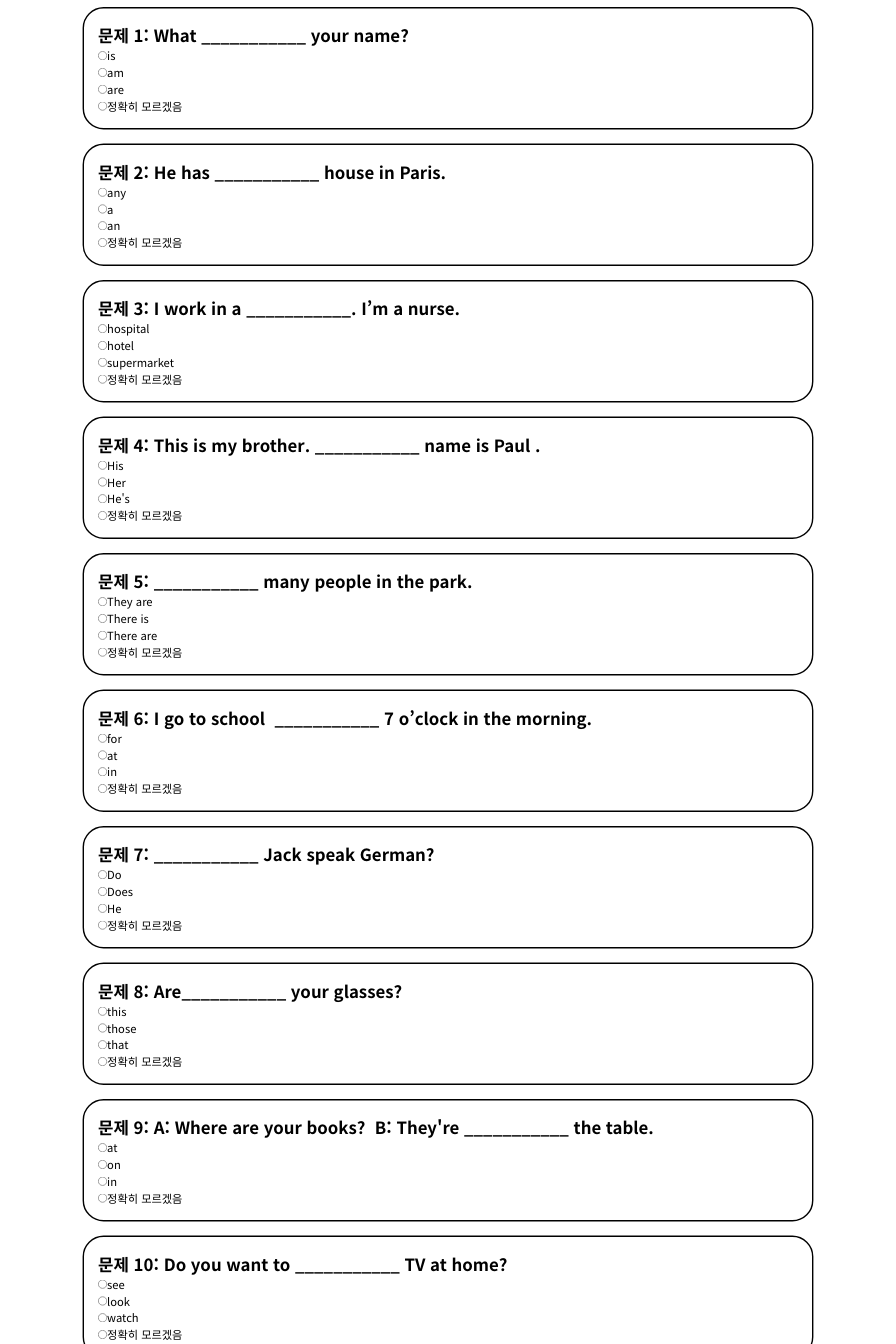
Repository: kmdy7991/Project-TeddyBear
Page: /cefrtest (app in project/)
These files come from the project's save history. The page is drawn as it stood at one moment and after the next save; the edit follows.
The browser window is 1280 px wide. The pictures show the part of the page from y = 0 to 1920 px (the page is 11254 px tall before and 11954 px after), at 70% of full size.
Some web libraries are served in a nearby version. The project was rebuilt for these pictures with package versions that can differ from the ones it lists, and the page was loaded fresh each time. Also part of the build but not shown: project/src/pages/Login/Login.tsx, project/src/pages/Login/TestGuide.module.css, project/src/pages/Login/TestGuide.tsx, project/src/pages/Login/profil.module.css, project/src/pages/Login/Profil.tsx, project/src/pages/Login/CefrScore.tsx, project/src/components/Nav/Nav.module.css, project/src/components/Nav/Nav.tsx and 37 more.

Above is the page before, as saved 2024-03-25 06:42:31.

### project/public/index.html
<!DOCTYPE html>
<html lang="ko">
  <head>
    <meta charset="utf-8" />
    <link rel="icon" href="%PUBLIC_URL%/favicon.ico" />
    <meta name="viewport" content="width=device-width, initial-scale=1" />
    <style>
      * {
        margin: 0;
        padding: 0;
        font-family: Poppins, "Noto Sans KR", sans-serif;
      }
    </style>
    <link rel="preconnect" href="https://fonts.googleapis.com" />
    <link rel="preconnect" href="https://fonts.gstatic.com" crossorigin />
    <link
      href="https://fonts.googleapis.com/css2?family=Noto+Sans+KR:wght@400;700&display=swap"
      rel="stylesheet"
    />
    <link
      rel="stylesheet"
      type="text/css"
      charset="UTF-8"
      href="https://cdnjs.cloudflare.com/ajax/libs/slick-carousel/1.6.0/slick.min.css"
    />
    <link
      rel="stylesheet"
      type="text/css"
      href="https://cdnjs.cloudflare.com/ajax/libs/slick-carousel/1.6.0/slick-theme.min.css"
    />
    <title>React App</title>
  </head>
  <body>
    <div id="root"></div>
  </body>
</html>

### project/src/index.tsx
import React from "react";
import ReactDOM from "react-dom/client";
import "./index.css";
import App from "./App";

const root = ReactDOM.createRoot(
  document.getElementById("root") as HTMLElement
);
root.render(
  // <React.StrictMode>
  <App />
  // </React.StrictMode>
);

### project/src/App.tsx
import styles from "./App.module.css";
import { QueryClient, QueryClientProvider } from "react-query";
import { ReactQueryDevtools } from "react-query/devtools";
import { BrowserRouter, Routes, Route } from "react-router-dom";
import Login from "./pages/Login/Login";
import Testguide from "./pages/Login/TestGuide";
import Profil from "./pages/Login/Profil";
import CefrTest from "./pages/Login/CefrTest";
import CefrScore from "./pages/Login/CefrScore";
import Main from "./pages/Main/Main";
import MyLecture from "./pages/MyPage/MyLecture/MyLecture";
import Statistics from "./pages/MyPage/Statstics/Statstics";
import MyNote from "./pages/MyPage/MyNote/MyNote";
import Search from "./pages/Search/Search";
import Test from "./pages/Test/Test";
import VocabularyList from "./pages/VocabularyList/VocabularyList";
import MyVocabulary from "./pages/VocabularyList/MyVocabulary";
import ClassVocabulary from "./pages/VocabularyList/ClassVocabulary";
import VideoDetail from "./pages/Video/VideoDetail";
import Nav from "./components/Nav/Nav";
import LandingPage from "./pages/Landing/LandingPage";
function App() {
  const queryClient = new QueryClient();
  return (
    <QueryClientProvider client={queryClient}>
      <BrowserRouter>
        <div className={styles.App}>
          {/* <Nav className={styles.Nav} /> */}
          <Routes>
            <Route path="/login" element={<Login />} />
            <Route path='/testguide' element={<Testguide/>} />
            <Route path="/profil" element={<Profil/>}/>
            <Route path="/cefrtest" element={<CefrTest/>}/>
            <Route path="/cefrscore" element={<CefrScore/>}/>
            <Route path="/" element={<Main />} />
            <Route path="mypage" element={<Statistics />}>
              <Route path="myLecture" element={<MyLecture />} />
              <Route path="myNote" element={<MyNote />} />
            </Route>
            <Route path="search" element={<Search />} />
            <Route path="test" element={<Test />} />
            <Route path="vocalist" element={<VocabularyList />}>
              <Route path="myvoca" element={<MyVocabulary />} />
              <Route path="classvoca" element={<ClassVocabulary />} />
            </Route>
            <Route path="videoDetail" element={<VideoDetail />} />
            <Route path="landing" element={<LandingPage />} />
          </Routes>
        </div>
      </BrowserRouter>
    </QueryClientProvider>
  );
}

export default App;

### project/src/App.module.css
.App {
  /* display: flex; */
  height: 100vh;
}

.Nav {
  /* position: fixed; */
  top: 1rem;
  height: 10%;
}

### project/src/pages/Login/CefrTest.tsx
import React, { useState, useEffect } from 'react';
import { useNavigate } from 'react-router-dom';
import styles from './CefrTest.module.css'


// 문제와 답변 타입 정의
type Question = {
  id: number;
  question: string;
  options: string[];
  answer: number | null; // 정답의 인덱스 , answer 필드를 선택적으로 만들고, number 또는 null을 허용
  score: number; // 이 문제의 점수
};

// 퀴즈 데이터 예시
const questions: Question[] = [

  {
    id: 1,
    question: "What ___________ your name?",
    options: ["is", "am", "are", "정확히 모르겠음"],
    answer: 0,
    score: 1,
  },
  {
    id: 2,
    question: "He has ___________ house in Paris.",
    options: ["any", "a", "an", "정확히 모르겠음"],
    answer: 1,
    score: 1,
  },
  {
    id: 3,
    question: "I work in a ___________. I’m a nurse.",
    options: ["hospital", "hotel", "supermarket", "정확히 모르겠음"],
    answer: 0,
    score: 1,
  },
  {
    id: 4,
    question: "This is my brother. ___________ name is Paul .",
    options: ["His", "Her", "He's", "정확히 모르겠음"],
    answer: 0,
    score: 1,
  },
  {
    id: 5,
    question: "___________ many people in the park.",
    options: ["They are", "There is", "There are", "정확히 모르겠음"],
    answer: 2,
    score: 1,
  },
  {
    id: 6,
    question: "I go to school  ___________ 7 o’clock in the morning.",
    options: ["for", "at", "in", "정확히 모르겠음"],
    answer: 1,
    score: 1,
  },
  {
    id: 7,
    question: "___________ Jack speak German?",
    options: ["Do", "Does", "He", "정확히 모르겠음"],
    answer: 1,
    score: 1,
  },
  {
    id: 8,
    question: "Are___________ your glasses?",
    options: ["this", "those", "that", "정확히 모르겠음"],
    answer: 1,
    score: 1,
  },
  {
    id: 9,
    question: "A: Where are your books?  B: They're ___________ the table.",
    options: ["at", "on", "in", "정확히 모르겠음"],
    answer: 1,
    score: 1,
  },
  {
    id: 10,
    question: "Do you want to ___________ TV at home?",
    options: ["see", "look", "watch", "정확히 모르겠음"],
    answer: 2,
    score: 1,
  },
  {
    id: 11,
    question: "I'd like to buy ___________ oranges for my mother.",
    options: ["some", "any", "a", "정확히 모르겠음"],
    answer: 0,
    score: 1,
  },
  {
    id: 12,
    question: "___________ ever seen a rainbow in your life?",
    options: ["Did you", "Are you", "Have you", "정확히 모르겠음"],
    answer: 2,
    score: 1,
  },
  {
    id: 13,
    question: "If you ___________ a book from a friend, you should return it as soon as possible.",
    options: ["borrow", "earn", "spend", "lend", "정확히 모르겠음"],
    answer: 0,
    score: 1,
  },
  {
    id: 14,
    question: "Taking care of a pet is as difficult ___________ taking care of a baby.",
    options: ["like", "so", "than", "as", "정확히 모르겠음"],
    answer: 3,
    score: 1,
  },
  {
    id: 15,
    question: "Helen isn't home. She ___________ an hour ago to see her friends.",
    options: ["went out", "had gone out", "has gone out", "has been out", "정확히 모르겠음"],
    answer: 0,
    score: 1,
  },
  {
    id: 16,
    question: "When I was a child, I ___________ play basketball with my dad in our backyard.",
    options: ["will", "used to", "have", "does", "정확히 모르겠음"],
    answer: 1,
    score: 1,
  },
  {
    id: 17,
    question: "Have you finished ___________ the laundry yet?",
    options: ["to do", "does", "doing", "being", "정확히 모르겠음"],
    answer: 2,
    score: 1,
  },
  {
    id: 18,
    question: "This is terrible. I've looked ___________, but I can't find my purse.",
    options: ["nowhere", "anywhere", "everywhere", "somewhere", "정확히 모르겠음"],
    answer: 2,
    score: 1,
  },
  {
    id: 19,
    question: "I ___________ in front of a bank when a man in a fancy suit got out of a black car.",
    options: ["stood", "was standing", "have stood", "am standing", "정확히 모르겠음"],
    answer: 1,
    score: 1,
  },
  {
    id: 20,
    question: "I've ___________ finished painting the door. It looks awesome!",
    options: ["still", "yet", "just", "only", "정확히 모르겠음"],
    answer: 2,
    score: 1,
  },
  {
    id: 21,
    question: "My supervisor encouraged me ___________ a plan for the new program.",
    options: ["set up", "setting up", "have set up", "to set up", "정확히 모르겠음"],
    answer: 3,
    score: 1,
  },
  {
    id: 22,
    question: "John ___________ living in this neighborhood since he was a school boy.",
    options: ["is", "was", "has been", "is being", "정확히 모르겠음"],
    answer: 2,
    score: 1,
  },
  {
    id: 23,
    question: "I was wondering ___________ I could borrow your pen.",
    options: ["what", "if", "that", "how", "정확히 모르겠음"],
    answer: 1,
    score: 1,
  },
  {
    id: 24,
    question: "I wish I had someone to look ___________.",
    options: ["up to", "with", "upon", "down", "정확히 모르겠음"],
    answer: 0,
    score: 1,
  },
  {
    id: 25,
    question: "That beautiful sunset ___________ me of my honeymoon in Hawaii.",
    options: ["remembers", "realizes", "recognizes", "reminds", "정확히 모르겠음"],
    answer: 3,
    score: 1,
  },
  {
    id: 26,
    question: "A: How about drinking beer tonight after work?  B: There's no ___________ I'm drinking again tonight.",
    options: ["hope", "way", "time", "opportunity", "정확히 모르겠음"],
    answer: 1,
    score: 1,
  },
  {
    id: 27,
    question: "They were surprised that the boy was kidnapped in ___________ daylight.",
    options: ["wide", "broad", "large", "open", "정확히 모르겠음"],
    answer: 1,
    score: 1,
  },
  {
    id: 28,
    question: "He turned ___________to be considerably older than I had imagined.",
    options: ["over", "up", "out", "round", "정확히 모르겠음"],
    answer: 2,
    score: 1,
  },
  {
    id: 29,
    question: "The windows in this house are in urgent ___________of replacement.",
    options: ["need", "help", "want", "demand", "정확히 모르겠음"],
    answer: 0,
    score: 1,
  },
  {
    id: 30,
    question: "Surveillance cameras ___________ proven to lower crime rates.",
    options: ["have to be", "were being", "have been", "are being", "정확히 모르겠음"],
    answer: 2,
    score: 1,
  },
  {
    id: 31,
    question: "Life is a ___________ deal easier for those who have many friends to rely on.",
    options: ["far", "huge", "big", "great", "정확히 모르겠음"],
    answer: 0,
    score: 1,
  },
  {
    id: 32,
    question: "This renovation project ___________ turning this house into a more comfortable place to live in.",
    options: ["contains", "designates", "involves", "consists", "정확히 모르겠음"],
    answer: 2,
    score: 1,
  },
  {
    id: 33,
    question: "They may not arrive in time for the ceremony. They’re ___________ in a traffic jam.",
    options: ["buried", "stuck", "blocked", "surrounded", "정확히 모르겠음"],
    answer: 1,
    score: 1,
  },
  {
    id: 34,
    question: "Rock music has been a major influence ___________other musical genres.",
    options: ["with", "to", "about", "on", "정확히 모르겠음"],
    answer: 3,
    score: 1,
  },
  {
    id: 35,
    question: "Maintaining a good relationship is important,___________ business you’re in.",
    options: ["however", "wherever", "whatever", "whenever", "정확히 모르겠음"],
    answer: 2,
    score: 1,
  },
  {
    id: 36,
    question: "It’s ___________unlikely that she will be designated as the head of the institute.",
    options: ["totally", "deeply", "strongly", "highly", "정확히 모르겠음"],
    answer: 3,
    score: 1,
  },
  {
    id: 37,
    question: "It’s no ___________ for me to go to your house and help your sister with her homework.",
    options: ["point", "wonder", "secret", "problem", "정확히 모르겠음"],
    answer: 3,
    score: 1,
  },
  {
    id: 38,
    question: "I was used to ___________ on the left side of the road because I’d lived in Japan for many years.",
    options: ["driving", "drive", "having driven", "drove", "정확히 모르겠음"],
    answer: 0,
    score: 1,
  },
  {
    id: 39,
    question: "Very rarely ___________here in March.",
    options: ["it snows", "does it snow", "is it snowing", "it has snowed", "정확히 모르겠음"],
    answer: 1,
    score: 1,
  },
  {
    id: 40,
    question: "The number of farmers on the island ___________ substantially over the last decade.",
    options: ["has declined", "was declined", "has been declined", "is declining", "정확히 모르겠음"],
    answer: 0,
    score: 1,
  },
  {
    id: 40.5, // 실제 문제가 아니라 설명을 위한 임시 ID 할당
    question: "<Question 41~55> 다음 한국어 문장을 보고 해당 문장을 영어로 말할 수 있다고 생각하면 \"예\", 없다면 \"아니요\"에 체크해 주세요.",
    options: [], // 설명이므로 옵션 없음
    answer: null, // 설명이므로 정답 없음
    score: 0, // 설명이므로 점수 없음
  },
  {
    id: 41,
    question: "Jack은 독일어 할 줄 알아?",
    options: ["예", "아니오"],
    answer: 0,
    score: 2,
  },
  {
    id: 42,
    question: "내 사촌동생은 축구를 매우 잘해.",
    options: ["예", "아니오"],
    answer: 0,
    score: 2,
  },
  {
    id: 43,
    question: "이거 네 안경이니?",
    options: ["예", "아니오"],
    answer: 0,
    score: 2,
  },
  {
    id: 44,
    question: "나는 주로 전철을 타고 출근해.",
    options: ["예", "아니오"],
    answer: 0,
    score: 2,
  },
  {
    id: 45,
    question: "음식점은 조용하고 좋았는데, 음식은 별로였어.",
    options: ["예", "아니오"],
    answer: 0,
    score: 2,
  },
  {
    id: 46,
    question: "우리 엄마 오렌지 좀 사 드리고 싶어.",
    options: ["예", "아니오"],
    answer: 0,
    score: 2,
  },
  {
    id: 47,
    question: "Cecil과 처음으로 말을 한 건 그녀의 생일 파티에서였어.",
    options: ["예", "아니오"],
    answer: 0,
    score: 2,
  },
  {
    id: 48,
    question: "네가 가고 싶지 않으면 회의에 가지 않아도 돼.",
    options: ["예", "아니오"],
    answer: 0,
    score: 2,
  },
  {
    id: 49,
    question: "최근에 어디 신나는 데 가 본 적 있어?",
    options: ["예", "아니오"],
    answer: 0,
    score: 2,
  },
  {
    id: 50,
    question: "그의 제안은 믿을 수 없을 정도로 좋아서 내가 결정을 할 수 없었어.",
    options: ["예", "아니오"],
    answer: 0,
    score: 2,
  },
  {
    id: 51,
    question: "존경할 만한 사람이 있었으면 좋겠다.",
    options: ["예", "아니오"],
    answer: 0,
    score: 2,
  },
  {
    id: 52,
    question: "1시간 내로 파리행 비행기를 타야 하는데 그 때까지 못 갈 것 같아.",
    options: ["예", "아니오"],
    answer: 0,
    score: 2,
  },
  {
    id: 53,
    question: "이거 네 컴퓨터니? 이거 사느라 돈 좀 썼겠다.",
    options: ["예", "아니오"],
    answer: 0,
    score: 2,
  },
  {
    id: 54,
    question: "그 섬의 농업인 수는 지난 10년 동안 현저히 감소했다.",
    options: ["예", "아니오"],
    answer: 0,
    score: 2,
  },
  {
    id: 55,
    question: "나는 일본에서 여러 해 살았기 때문에 도로 좌측에서 운전하는 것에 익숙해져 있었다.",
    options: ["예", "아니오"],
    answer: 0,
    score: 2,
  },

];

const CefrTest: React.FC = () => {
  const [selectedAnswers, setSelectedAnswers] = useState<(number | null)[]>(new Array(questions.length).fill(null));
  const [score, setScore] = useState(0);
  const navigate = useNavigate();


  useEffect(() => {
    const allQuestionsAnswered = selectedAnswers.every((answer) => answer !== null);
    if (allQuestionsAnswered) {
      // 모든 문제에 대한 답변이 완료되면 점수 확인 페이지로 이동
      // 여기서 점수 확인 페이지로 이동하는 로직을 구현하세요.
    }
  }, [selectedAnswers]);

  const handleSubmit = () => {
    // 점수 계산 로직
    let calculatedScore = 0;
    selectedAnswers.forEach((answer, index) => {
      if(answer === questions[index].answer) {
        calculatedScore += questions[index].score;
      }
    });
    setScore(calculatedScore);

    // 점수 확인 페이지로 이동
    navigate('/cefrscore', { state: { score: calculatedScore } }); // navigate 함수를 사용하여 페이지 이동
  };


  const handleAnswerSelection = (questionIndex: number, selectedAnswer: number) => {
    const newSelectedAnswers = [...selectedAnswers];
    newSelectedAnswers[questionIndex] = selectedAnswer;
    setSelectedAnswers(newSelectedAnswers);
  };

  return (
    <div className={styles.boxflex}>
      {questions.map((question, index) => (
        <div className={styles.box} key={question.id} >
          <h2>문제 {index + 1}: {question.question}</h2>
          {question.options.map((option, optionIndex) => (
            <div key={optionIndex}>
              <input
                type="radio"
                id={`option_${index}_${optionIndex}`}
                name={`option_${index}`}
                value={optionIndex}
                checked={selectedAnswers[index] === optionIndex}
                onChange={() => handleAnswerSelection(index, optionIndex)}
              />
              <label htmlFor={`option_${index}_${optionIndex}`}>{option}</label>
            </div>
          ))}
        </div>
      ))}
      {/* 정답 제출 버튼 */}
      <button onClick={handleSubmit}>정답 제출</button>
    </div>
  );

};

export default CefrTest;

### project/src/pages/Login/CefrTest.module.css
.boxflex{
    display: flex;
    flex-direction: column;
    align-items: center;
    justify-content: center;
}

.box {
    border: 2px solid black;
    border-radius: 30px;
    padding: 20px;
    margin: 10px;
    width: 1000px;
}

Loaded but not shown: project/src/index.css (no stored copy; drawn as an empty file)

After the next save:
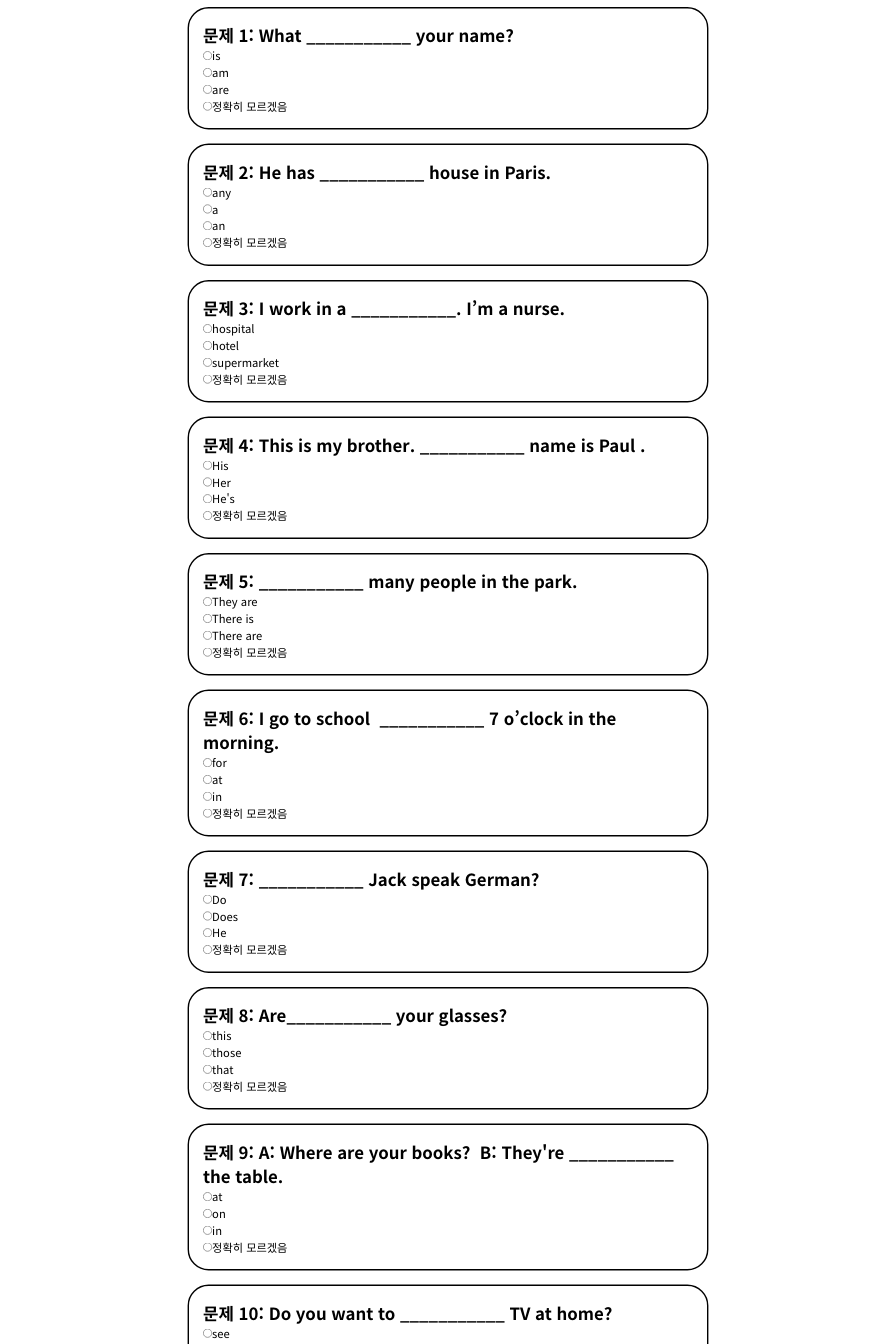
Saved 11 s later.
--- a/project/src/pages/Login/CefrTest.module.css
+++ b/project/src/pages/Login/CefrTest.module.css
@@ -10,5 +10,5 @@
     border-radius: 30px;
     padding: 20px;
     margin: 10px;
-    width: 1000px;
+    width: 700px;
 }
